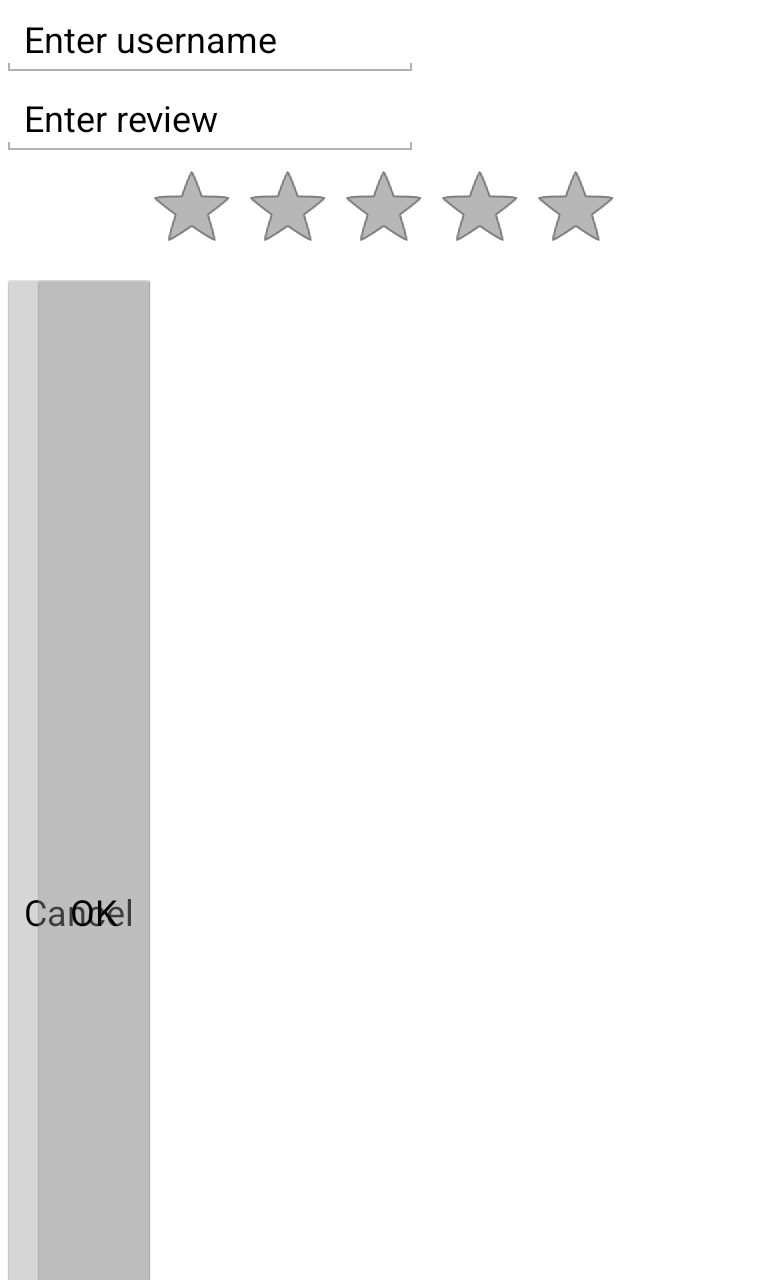
Repository: yash256/atnt
Layout: WNY Farm Fresh/res/layout/dialog.xml
These files come from the project's save history. The layout is drawn as it stood at one moment and after the next save; the edit follows.
It is drawn on a 768 x 1280 px phone screen (xhdpi) without system bars, with theme AppTheme; the app's code is not run.

Above is the layout before, as saved 2014-11-10 20:44:30.

After the next save:
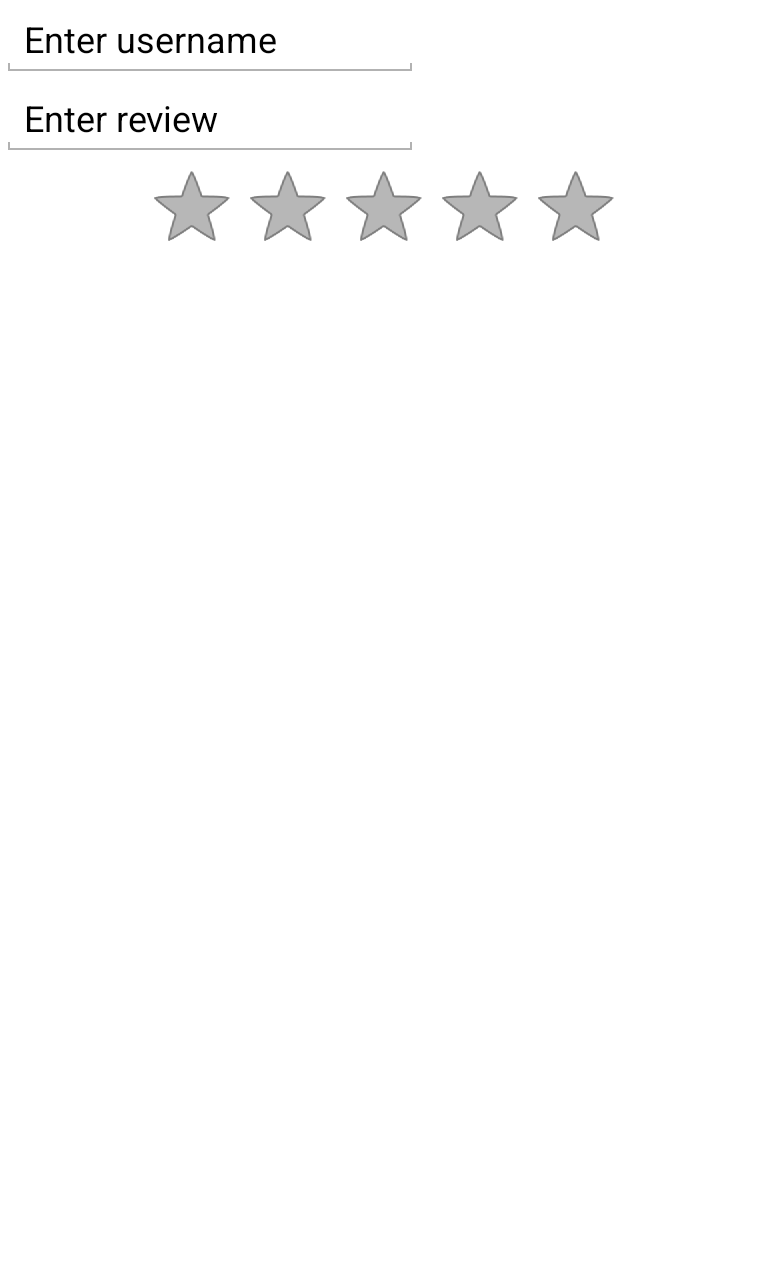
Saved 37 s later.
--- a/WNY Farm Fresh/res/layout/dialog.xml
+++ b/WNY Farm Fresh/res/layout/dialog.xml
@@ -33,21 +33,6 @@
         android:layout_gravity="center_horizontal"
         android:layout_row="2"
         />
-    <Button
-        android:id="@+id/cancel_review"
-        android:text="@string/cancel"
-		android:layout_columnSpan="4"
-        android:layout_gravity="left"
-        android:layout_row="3"
-        android:layout_width="wrap_content"
-        android:layout_height="fill_parent"/>
-        <Button
-        android:id="@+id/ok_review"
-        android:text="@string/ok"
-        android:layout_columnSpan="4"
-        android:layout_gravity="right"
-        android:layout_row="3"
-        android:layout_width="wrap_content"
-        android:layout_height="fill_parent" />
+
 
 </GridLayout>
